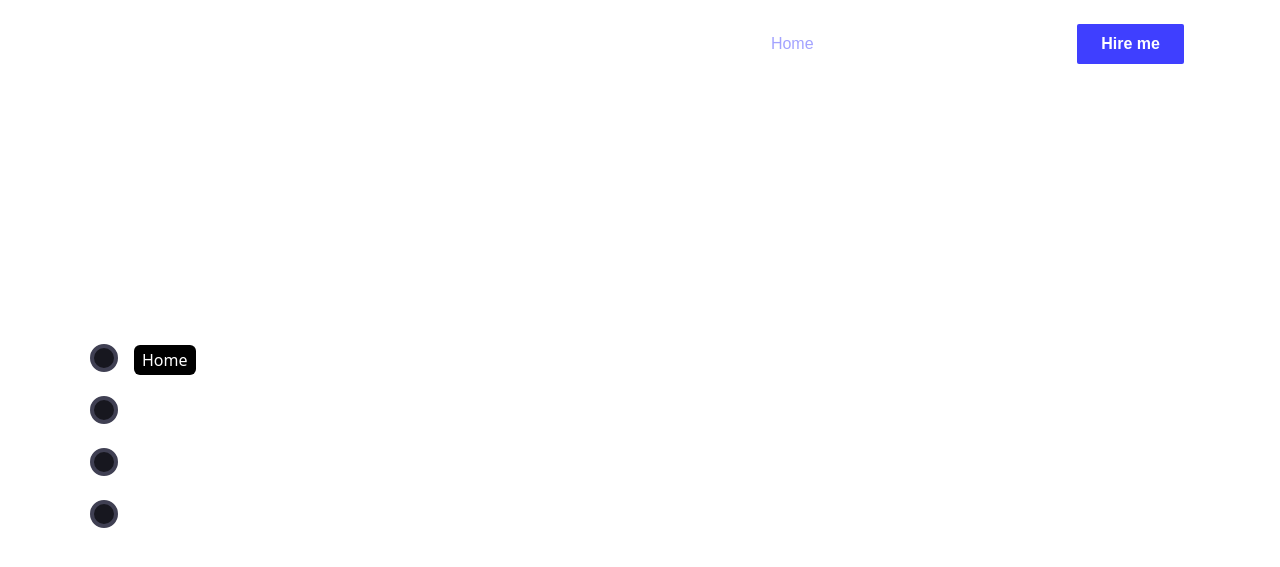
Repository: Alex0715/portfolio
Page: /
The author's editor kept a copy of each file at every save. The page is drawn from the files as they stood at one save, then again after the next save.
The browser window is 1280 px wide. The pictures show the whole page.
The project was rebuilt for these pictures with package versions that can differ from the ones it lists, and the page was loaded fresh each time. The framework's server and built-in components were replaced by stand-ins that run in the browser. Also part of the build but not shown: next.config.js.

Above is the page before, as saved 2022-02-03 21:59:01.

After the next save:
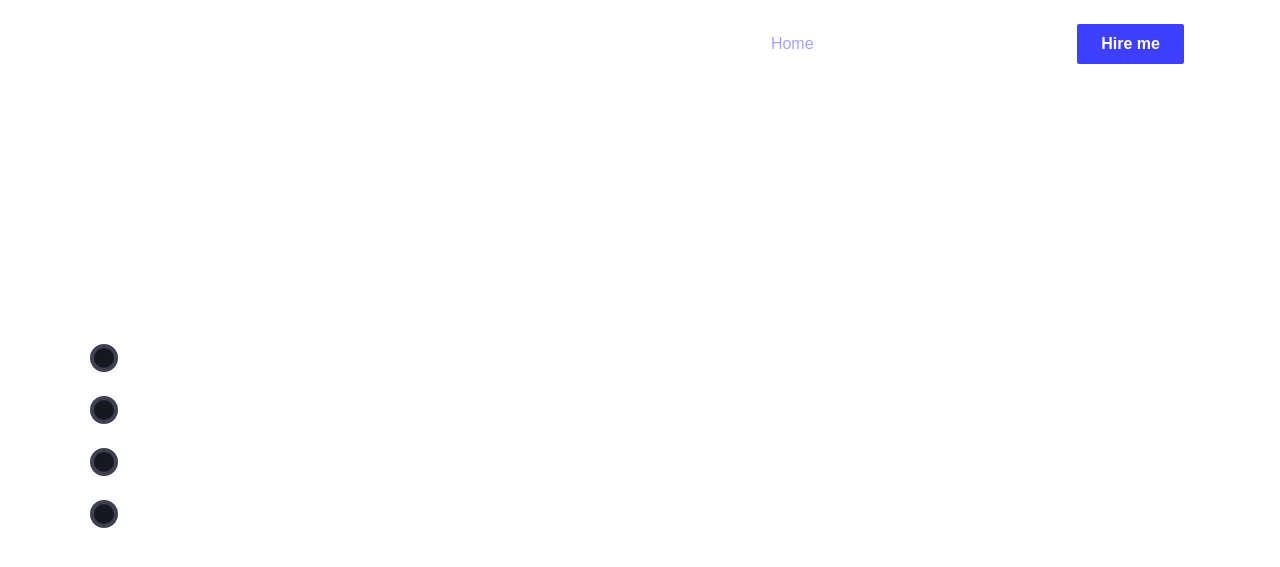
Saved 12 s later.
--- a/pages/components/Banner.js
+++ b/pages/components/Banner.js
@@ -5,7 +5,7 @@
         <nav className="inline-block lg:mr-24 lg:w-4 fixed left-percentage hidden xl:block">
         <div className="absolute left-50 transform -translate-x-1/2 space-y-6 mt-36">
         <a href="#" className="nav-dot selected-circle block w-7 h-7 rounded-full border-4 border-nav bg-body hover:bg-theme">
-        <span className="bg-black px-2 py-1 rounded-md ml-10 ">Home</span></a>
+        <span className="bg-black px-2 py-1 rounded-md ml-10 opacity-0">Home</span></a>
         <a href="#" className="nav-dot selected-circle block w-7 h-7 rounded-full border-4 border-nav bg-body hover:bg-theme"><p className="px-8 py--1">works</p></a>
         <a href="#" className="nav-dot selected-circle block w-7 h-7 rounded-full border-4 border-nav bg-body hover:bg-theme"><p className="px-8 py--1">works</p></a>
         <a href="#" className="nav-dot selected-circle block w-7 h-7 rounded-full border-4 border-nav bg-body hover:bg-theme"><p className="px-8 py--1">works</p></a>
